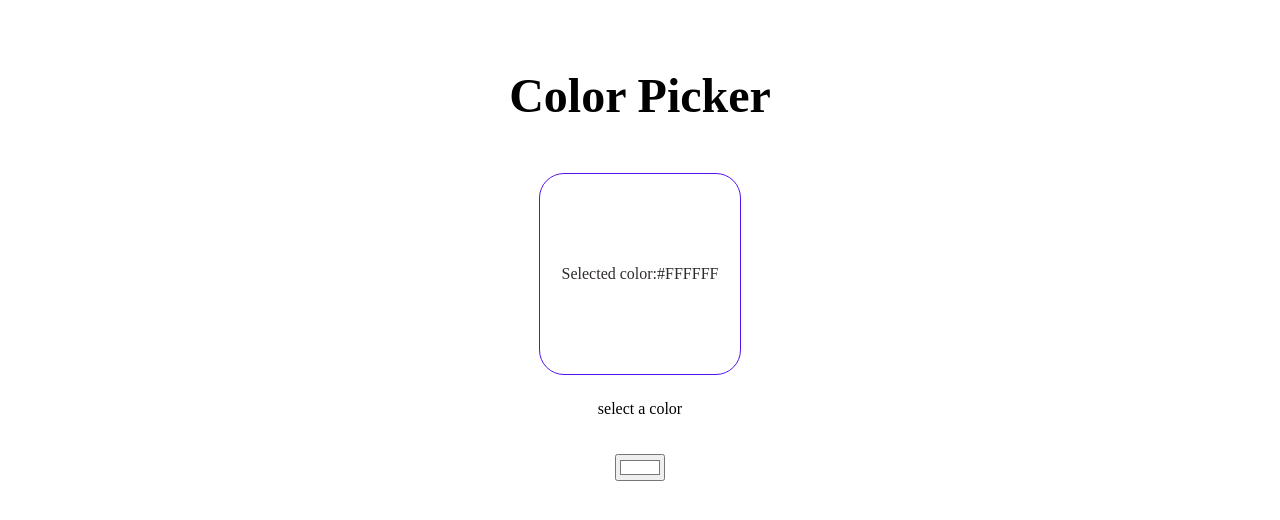
Repository: wakoya-tech/my-react-practice
Page: /
These files come from the project's save history. The page is drawn as it stood at one moment and after the next save; the edit follows.
The browser window is 1280 px wide. The pictures show the whole page.
The project was rebuilt for these pictures with package versions that can differ from the ones it lists, and the page was loaded fresh each time. Also part of the build but not shown: vite.config.js.

Above is the page before, as saved 2025-10-03 12:05:15.

### src/index.css
.color-picker-container{
  display: flex;
  flex-direction: column;
  align-items: center;

  padding: 10px;

}
h1{
  margin: 50px;
  font-size: 3rem;
}
.color-display {
  width: 200px;
height: 200px;

  display: flex;

  justify-content: center;
   align-items: center;
  border: 1px solid rgb(84, 19, 236);
  color: rgb(48, 43, 43);
  background-color: rgb(82, 82, 197);

border-radius: 25px;
margin-bottom: 25px;
transition: 0.25s ease;
}

### src/App.jsx
// App.jsx
import ColorPicker from "./ColorPicker.jsx";

function App() {
  return (
    <ColorPicker />
  );
}
export default App;

### src/ColorPicker.jsx
import React, { useState } from "react";
function ColorPicker(){
      const [color,setColor]=useState("#FFFFFF")
   function handleColorChange(event){
    setColor(event.target.value);
   }
   return(<div className="color-picker-container">
 <h1>Color Picker</h1>
 <div className="color-display" style={{backgroundColor:color}}>
   <p>Selected color:{color}</p>
   </div>
 <label > select a color</label>
 <br />
 <br />
   <input type="color" value={color} onChange={handleColorChange} />
    </div>);
}
export default ColorPicker

Loaded but not shown: index.html (common file); src/main.jsx (common file)

After the next save:
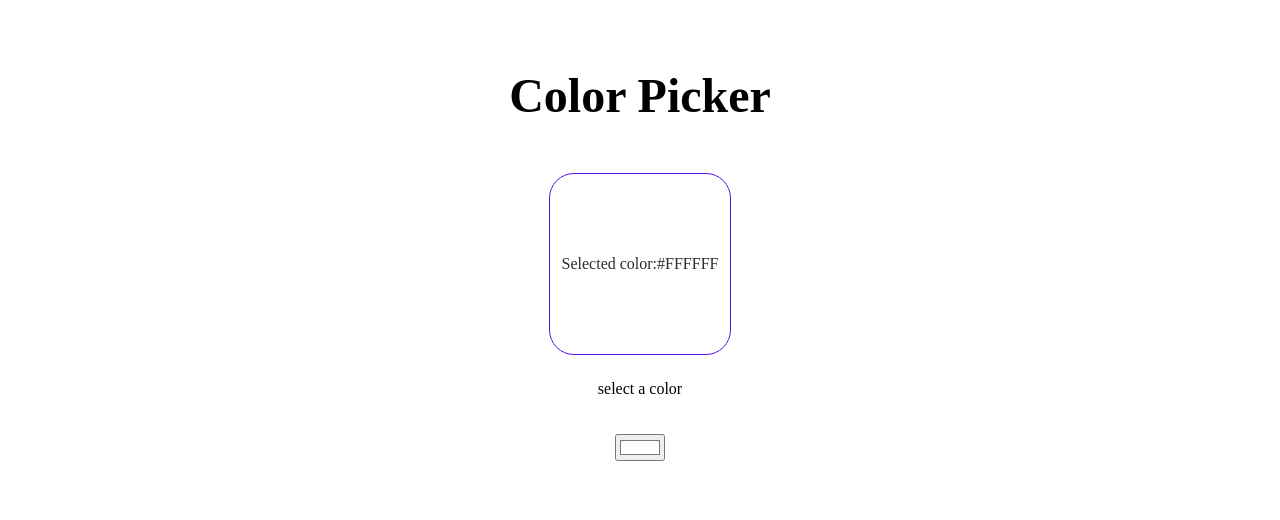
Saved 23 s later.
--- a/src/index.css
+++ b/src/index.css
@@ -11,8 +11,8 @@ h1{
   font-size: 3rem;
 }
 .color-display {
-  width: 200px;
-height: 200px;
+  width: 180px;
+height: 180px;
 
   display: flex;
 
